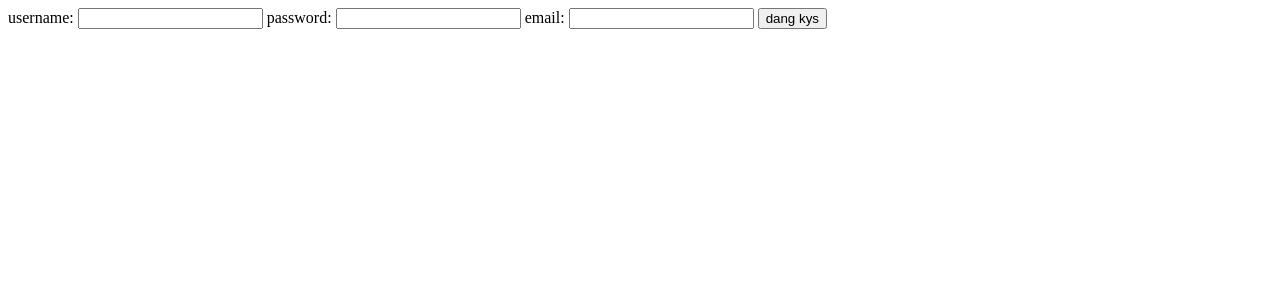
Repository: tung1233hhhhhhhhhhhhh/shoppingcart
Page: page/signup.html
An editor plug-in stored every save of this project. The page is shown before and after the next save, followed by the edit.
The browser window is 1280 px wide. The pictures show the whole page.

Above is the page before, as saved 2023-07-20 23:15:36.

### page/signup.html
<!DOCTYPE html>
<html lang="en">

<head>
    <meta charset="UTF-8">
    <meta name="viewport" content="width=device-width, initial-scale=1.0">
    <title>Document</title>
</head>

<body>


    <form action="" method="post">
        <label for="">username:</label>
        <input type="text" name="username">
        <label for="">password:</label>
        <input type="text" name="username">
        <label for="">email:</label>
        <input type="text" name="username">
        <button name="" value="dang kys">dang kys</button>
    </form>


</body>

</html>

After the next save:
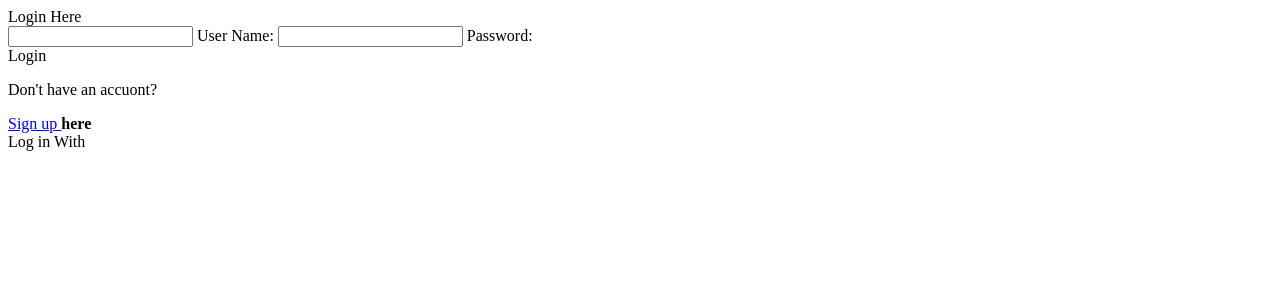
Saved 44 min 15 s later.
--- a/page/signup.html
+++ b/page/signup.html
@@ -10,15 +10,25 @@
 <body>
 
 
-    <form action="" method="post">
-        <label for="">username:</label>
-        <input type="text" name="username">
-        <label for="">password:</label>
-        <input type="text" name="username">
-        <label for="">email:</label>
-        <input type="text" name="username">
-        <button name="" value="dang kys">dang kys</button>
-    </form>
+
+    <div class="form-box">
+        <div class="text">Login Here</div>
+        <div class="form-field">
+            <input type="text" class="form-input-1" placeholder=" ">
+            <label for="name" class="form-label-1">User Name:</label>
+            <input type="password" class="form-input-2" placeholder=" ">
+            <label for="password" class="form-label-2">Password:</label>
+        </div>
+        <div class="Login">Login</div>
+        <div class="text-bottom">
+            <p>Don't have an accuont?</p>
+            <a href="./signup.html" class="sign-up">Sign up </a>
+            <b>here</b>
+
+            <div class="log-in">Log in With</div>
+        </div>
+
+    </div>
 
 
 </body>
